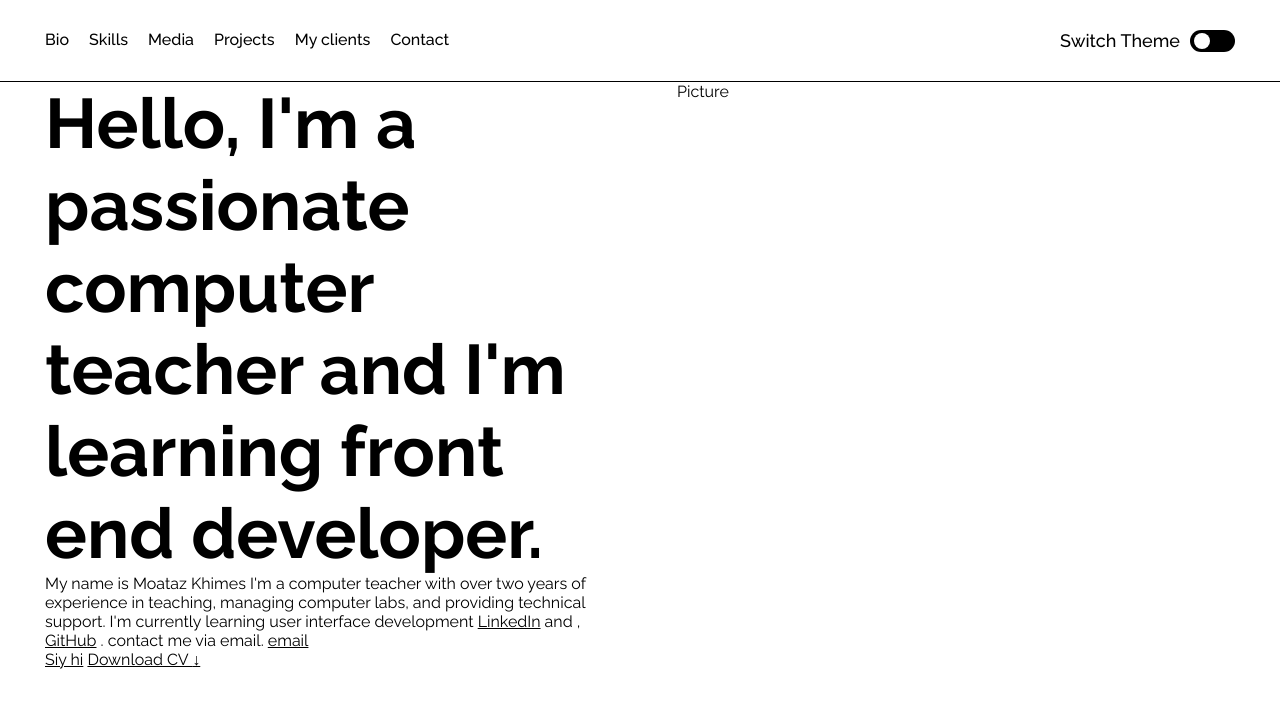
Repository: moataz305G/Personal-website
Page: index.html
These files come from the project's save history. The page is drawn as it stood at one moment and after the next save; the edit follows.
The browser window is 1280 px wide. The pictures show the whole page.

Above is the page before, as saved 2025-12-12 21:08:16.

### index.html
<!DOCTYPE html>
<html lang="en">
  <head>
    <meta charset="UTF-8" />

    <meta name="viewport" content="width=device-width, initial-scale=1.0" />
    <link rel="preconnect" href="https://fonts.googleapis.com" />
    <link rel="preconnect" href="https://fonts.gstatic.com" crossorigin />
    <link
      href="https://fonts.googleapis.com/css2?family=Raleway:ital,wght@0,100..900;1,100..900&display=swap"
      rel="stylesheet"
    />

    <link rel="stylesheet" href="Style.css" />
    <title class="title">Moataz khimes</title>
  </head>
  <body>
    <div class="container">
      <header class="header">
        <nav class="navigation">
          <ul class="navigation__list">
            <li><a href="#" class="navigation__link">Bio</a></li>
            <li><a href="#" class="navigation__link">Skills</a></li>
            <li><a href="#" class="navigation__link">Media</a></li>
            <li><a href="#" class="navigation__link">Projects</a></li>
            <li><a href="#" class="navigation__link">My clients</a></li>
            <li><a href="#" class="navigation__link">Contact</a></li>
          </ul>
        </nav>

        <div class="toggle">
          <h3 class="toggle__title">Switch Theme</h3>
          <input
            type="checkbox"
            name="toggle checkbox"
            id="toggle"
            class="toggle__checkbox"
          />
          <label for="toggle" class="toggle__label"></label>
        </div>
      </header>

      <section id="bio" class="bio section">
        <div class="bio__content">
          <h1 class="bio__heading">
            Hello, I'm a passionate computer teacher and I'm learning front end
            developer.
          </h1>
          <p class="bio__objeactive">
            My name is <span class="bio__name">Moataz Khimes</span>
            I'm a computer teacher with over two years of experience in
            teaching, managing computer labs, and providing technical support.
            I'm currently learning user interface development
            <a
              href="https://www.linkedin.com/in/moataz-khimes-53586223b/"
              class="bio__linkedin"
              >LinkedIn</a
            >
            and ,<a href="https://github.com/moataz305G" class="bio__github"
              >GitHub</a
            >
            . contact me via email.
            <a href="mutazkhmes@gmail.com" class="gio__email">email</a>
          </p>
          <a href="#" class="bio__links siy-hi-link">Siy hi</a>
          <a href="#" class="bio__links find-out-link"
            >Download CV <span class="bio__arrow">↓</span></a
          >
        </div>
        <div class="bio__pic-content">Picture</div>
      </section>
    </div>
  </body>
</html>

### Style.css
:root {
  --container-width: 119rem;
  --guter: 6rem;

  --color-black: #000;
  --color-white: #fff;
  --color-blue: #2374e1;
  --color-lite-blue: #1d9bf0;
  --color-dark-blue: #0a66c2;
  --color-darker-blue: #143ce8;
  --color-red: #ff0000;
  --color-green: #03a696;
  --color-gray: #f6f6f6;
  --color-dark-green: #42959b;

  --color-background: var(--color-white);
  --color-text: var(--color-black);
  --color-box-img: var(--color-black);
  --color-link-bg: var(--color-black);
  --color-input-border: var(--color-black);

  --font-family-raleway: "Raleway", sans-serif;
  --font-family-poppins: "Poppins", sans-serif;

  --font-weight-regular: 400;
  --font-weight-medium: 500;
  --font-weight-semi-bold: 600;
  --font-weight-bold: 700;

  --font-size-70: 7rem;
  --font-size-65: 6.5rem;
  --font-size-40: 4rem;
  --font-size-38: 3.8rem;
  --font-size-24: 2.4rem;
  --font-size-22: 2.2rem;
  --font-size-20: 2rem;
  --font-size-18: 1.8rem;
  --font-size-15: 1.5rem;

  --transition-timing: 0.3s;
}
/* CSS Reset */
* {
  margin: 0;
  padding: 0;
}

*,
*::after,
*::before {
  box-sizing: border-box;
}

a {
  color: inherit;
  display: inline-block;
}

button {
  background-color: transparent;
  border: none;
  cursor: pointer;
}

ul,
ol {
  list-style: none;
}
/* END CSS Reset */
html {
  font-size: 62.5%;
  scroll-behavior: smooth;
  scroll-padding-top: 11rem;
}

body {
  font-size: 1.6rem;
  font-family: var(--font-family-raleway);
  background-color: var(--color-background);
  color: var(--color-text);
}

.container {
  max-width: var(--container-width);
  margin: 0 auto;
}
header {
  position: relative;
  padding: 3rem 0;
  display: flex;
  justify-content: center;
  z-index: 0;
}
.header::before {
  content: "";
  position: absolute;
  height: 100%;
  width: 100vw;
  border-bottom: 0.1rem solid var(--color-black);
  top: 0;
  z-index: -1;
}

.navigation__list {
  display: flex;
  gap: 2rem;
}
.navigation__link:link,
.navigation__link:visited {
  text-decoration: none;
  font-weight: var(--font-weight-medium);
}
.navigation__link:hover,
.navigation__link:active {
  text-decoration: underline;
  color: var(--color-text);
}

/* Toggle */
.toggle {
  display: flex;
  gap: 1rem;
  margin-left: auto;
}
.toggle__title {
  font-weight: var(--font-weight-medium);
  font-size: var(--font-size-18);
}

.toggle__checkbox {
  display: none;
}

.toggle__label {
  display: block;
  position: relative;
  background-color: var(--color-black);
  border-radius: 1.5rem;
  width: 4.5rem;
  height: 2.2rem;
  cursor: pointer;
  padding: 0.3rem 0.4rem;
  transition: 0.3s;
}

.toggle__label::after {
  content: "";
  display: block;
  width: 1.6rem;
  height: 1.6rem;
  border-radius: 50%;
  background-color: var(--color-white);
  transition: 0.3s;
}

.toggle__checkbox:checked + .toggle__label {
  background-color: var(--color-white);
}
.toggle__checkbox:checked + .toggle__label::after {
  transform: translateX(2.1rem);
  background-color: var(--color-green);
}

/* End Toggle */

.section {
  display: grid;
  grid-template-columns: repeat(2, auto);
  align-items: start;
}

/* Bio */
.bio {
  grid-gap: 7.4rem;
  grid-template-columns: repeat(2, 1fr);
}

.bio__heading {
  font-size: var(--font-size-70);
  font-weight: var(--font-weight-bold);
}

.bio__opjectives {
}

After the next save:
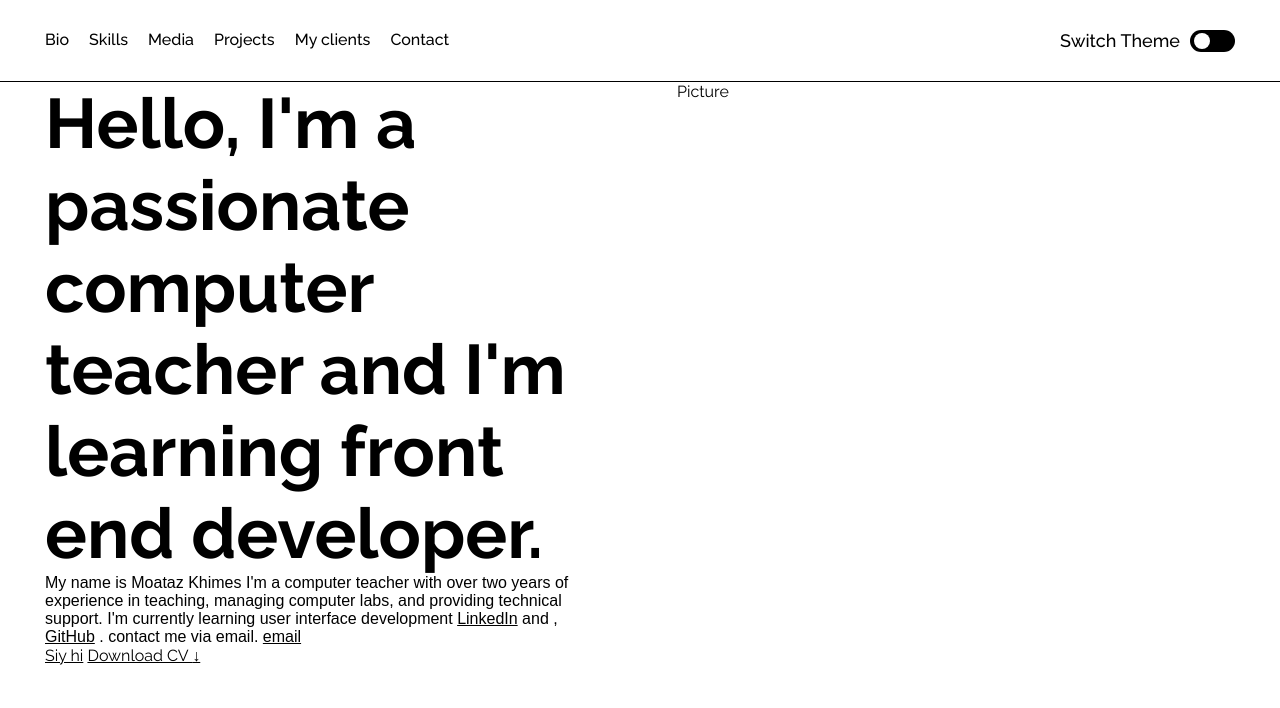
Saved 67 s later.
--- a/Style.css
+++ b/Style.css
@@ -180,5 +180,7 @@ header {
   font-weight: var(--font-weight-bold);
 }
 
-.bio__opjectives {
+.bio__objeactive {
+  font-family: var(--font-family-poppins);
+  font-weight: var(--font-weight-regular);
 }
